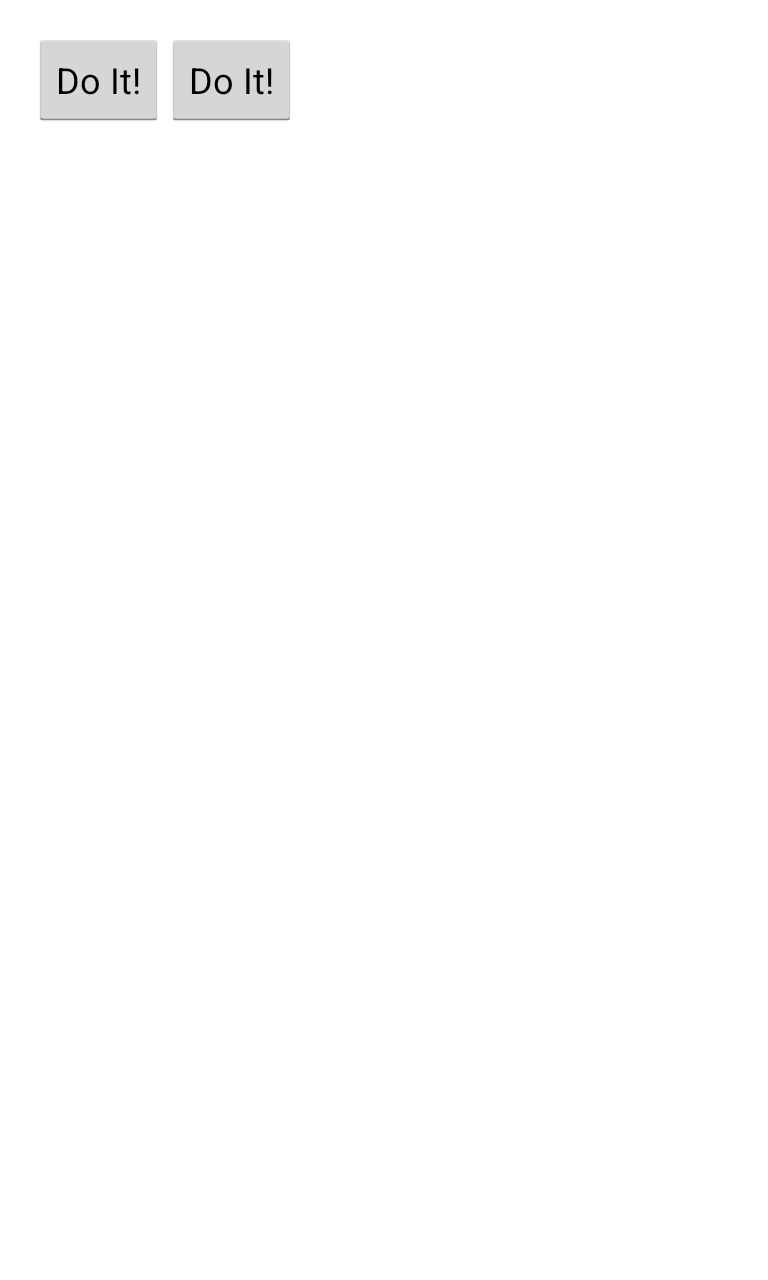
Repository: Trioblack/google_volley
Layout: google_volley/res/layout/activity_main.xml
These files come from the project's save history. The layout is drawn as it stood at one moment and after the next save; the edit follows.
It is drawn on a 768 x 1280 px phone screen (xhdpi) without system bars, with theme AppTheme; the app's code is not run.

Above is the layout before, as saved 2014-10-13 03:16:16.

### google_volley/res/layout/activity_main.xml
<LinearLayout
    xmlns:android="http://schemas.android.com/apk/res/android"
    xmlns:tools="http://schemas.android.com/tools"
    android:layout_width="match_parent"
    android:layout_height="match_parent"
    android:paddingBottom="@dimen/activity_vertical_margin"
    android:paddingLeft="@dimen/activity_horizontal_margin"
    android:paddingRight="@dimen/activity_horizontal_margin"
    android:paddingTop="@dimen/activity_vertical_margin"
    tools:context="com.wordpress.felipenipo.MainActivity" >

    <Button
        android:id="@+id/do_it_btn"
        android:layout_width="wrap_content"
        android:layout_height="wrap_content"
        android:text="@string/do_it_btn_text" />

    <Button
        android:id="@+id/do_it_btn"
        android:layout_width="wrap_content"
        android:layout_height="wrap_content"
        android:text="@string/do_it_btn_text" />

</LinearLayout>

### google_volley/res/values/strings.xml
<?xml version="1.0" encoding="utf-8"?>
<resources>

    <string name="app_name">google_volley</string>
    <string name="hello_world">Hello world!</string>
    <string name="action_settings">Settings</string>
    <string name="do_it_btn_text">Do It!</string>

</resources>

Loaded but not shown: google_volley/res/values/styles.xml (common file); google_volley/res/values-v11/styles.xml (common file); google_volley/res/values-v14/styles.xml (common file); google_volley/res/values/dimens.xml (common file); google_volley/res/values-w820dp/dimens.xml (common file)

After the next save:
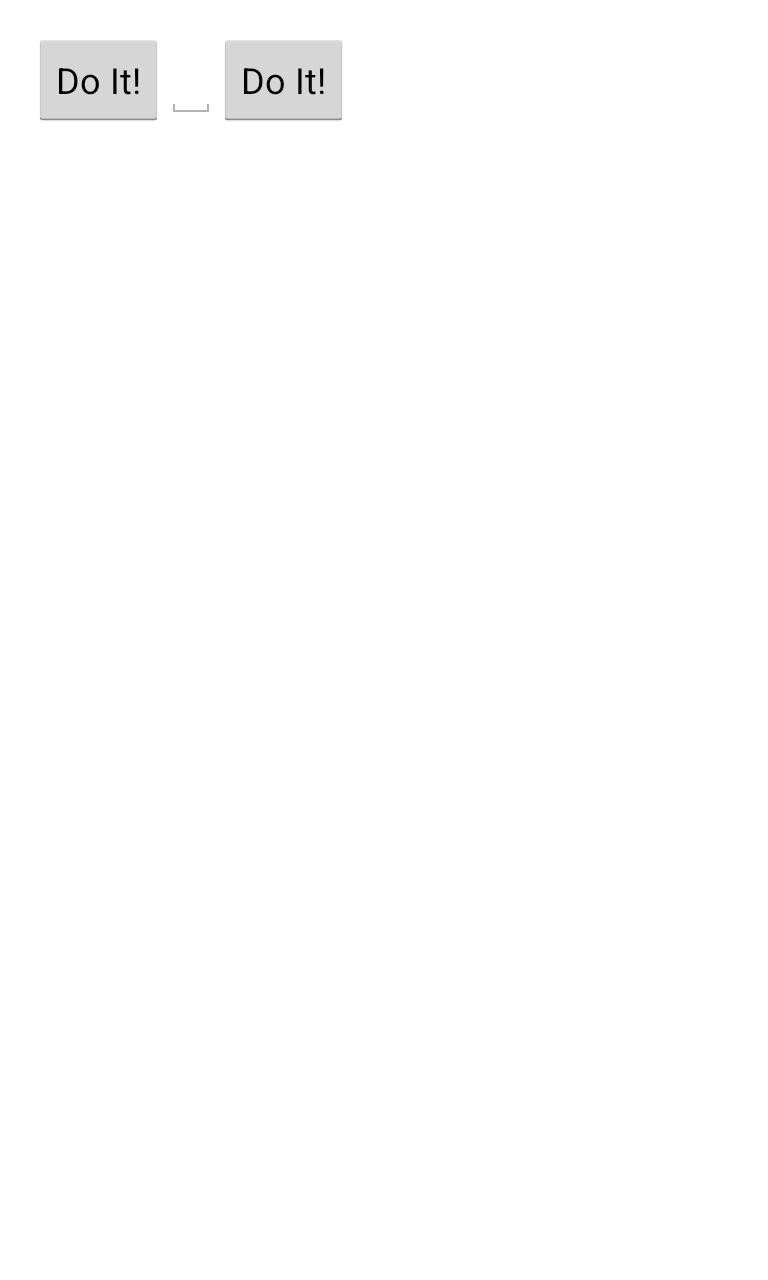
Saved 47 s later.
--- a/google_volley/res/layout/activity_main.xml
+++ b/google_volley/res/layout/activity_main.xml
@@ -15,10 +15,21 @@
         android:layout_height="wrap_content"
         android:text="@string/do_it_btn_text" />
 
-    <Button
-        android:id="@+id/do_it_btn"
+    <LinearLayout
         android:layout_width="wrap_content"
-        android:layout_height="wrap_content"
-        android:text="@string/do_it_btn_text" />
+        android:layout_height="wrap_content" >
+        <EditText
+            android:id="@+id/do_it_btn"
+        	android:layout_width="wrap_content"
+        	android:layout_height="wrap_content" />
+
+        <Button
+	        android:id="@+id/do_it_btn"
+	        android:layout_width="wrap_content"
+	        android:layout_height="wrap_content"
+	        android:text="@string/do_it_btn_text" />
+    </LinearLayout>
+
+
 
 </LinearLayout>
